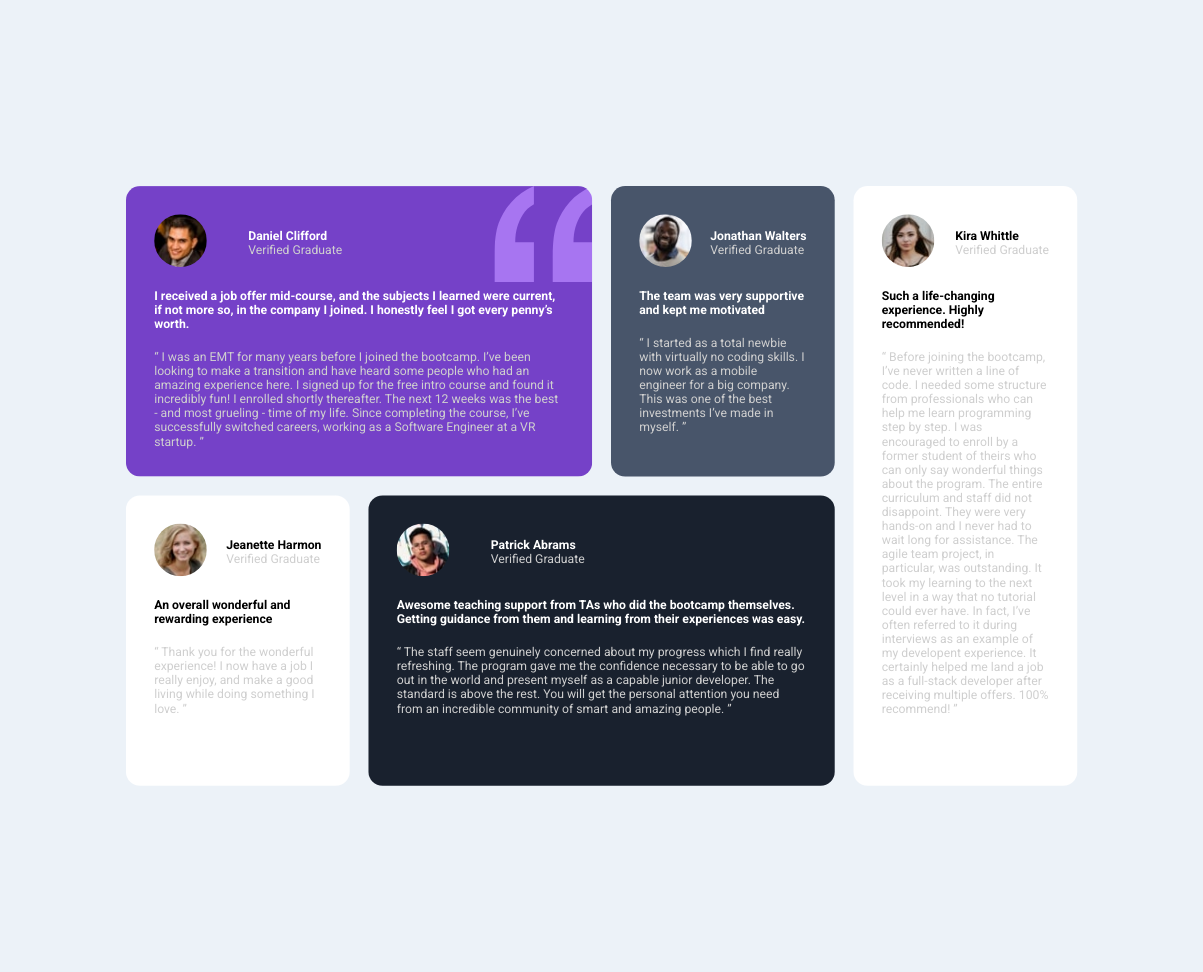
Repository: Toqa-25/testimonials
Page: index.html
These files come from the project's save history. The page is drawn as it stood at one moment and after the next save; the edit follows.
The browser window is 1280 px wide. The pictures show the whole page, at 94% of full size.

Above is the page before, as saved 2021-11-04 00:11:56.

After the next save:
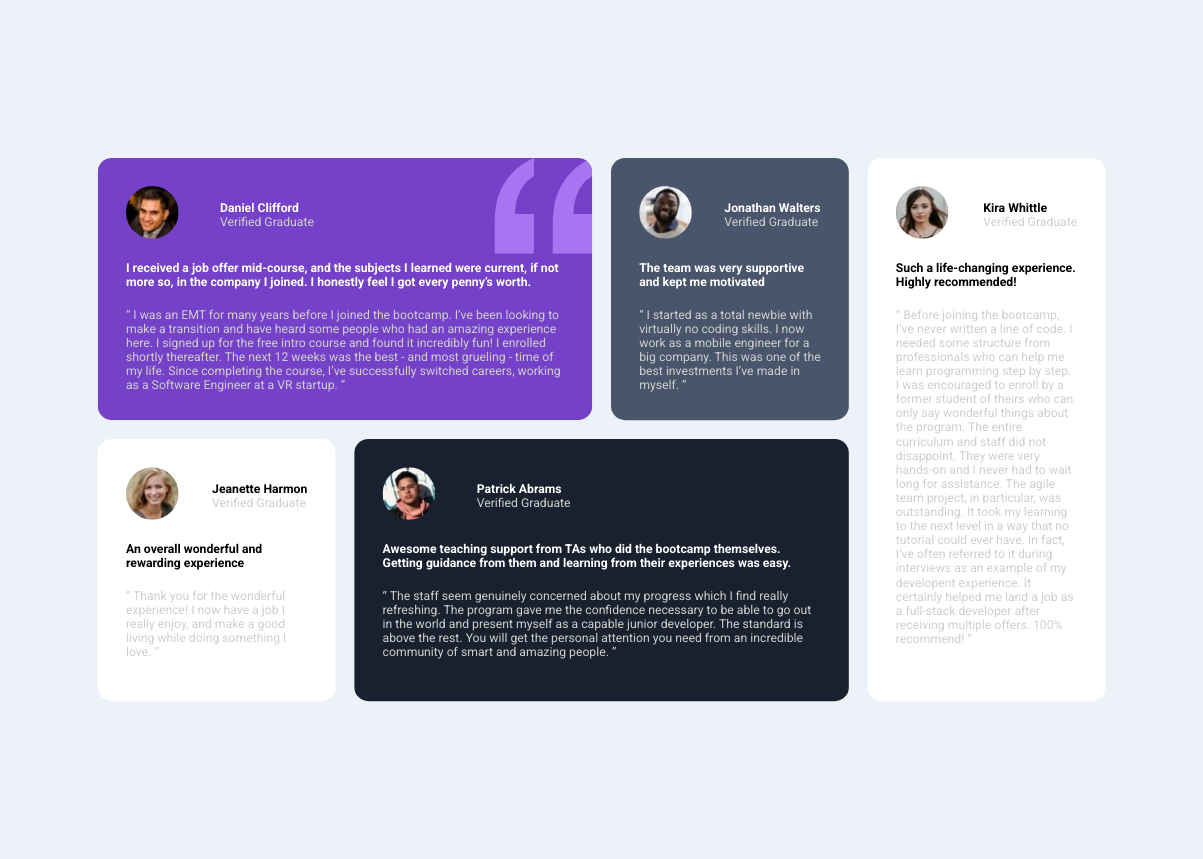
Saved 20 min 6 s later.
--- a/css/style.css
+++ b/css/style.css
@@ -29,7 +29,7 @@
     grid-template-columns: repeat(8 , 1fr);
     grid-template-rows: repeat(2 , 1fr);
     grid-gap: 20px;
-     padding: 70px;
+     padding: 40px;
 }
 .lite-text,
 .name-info{
